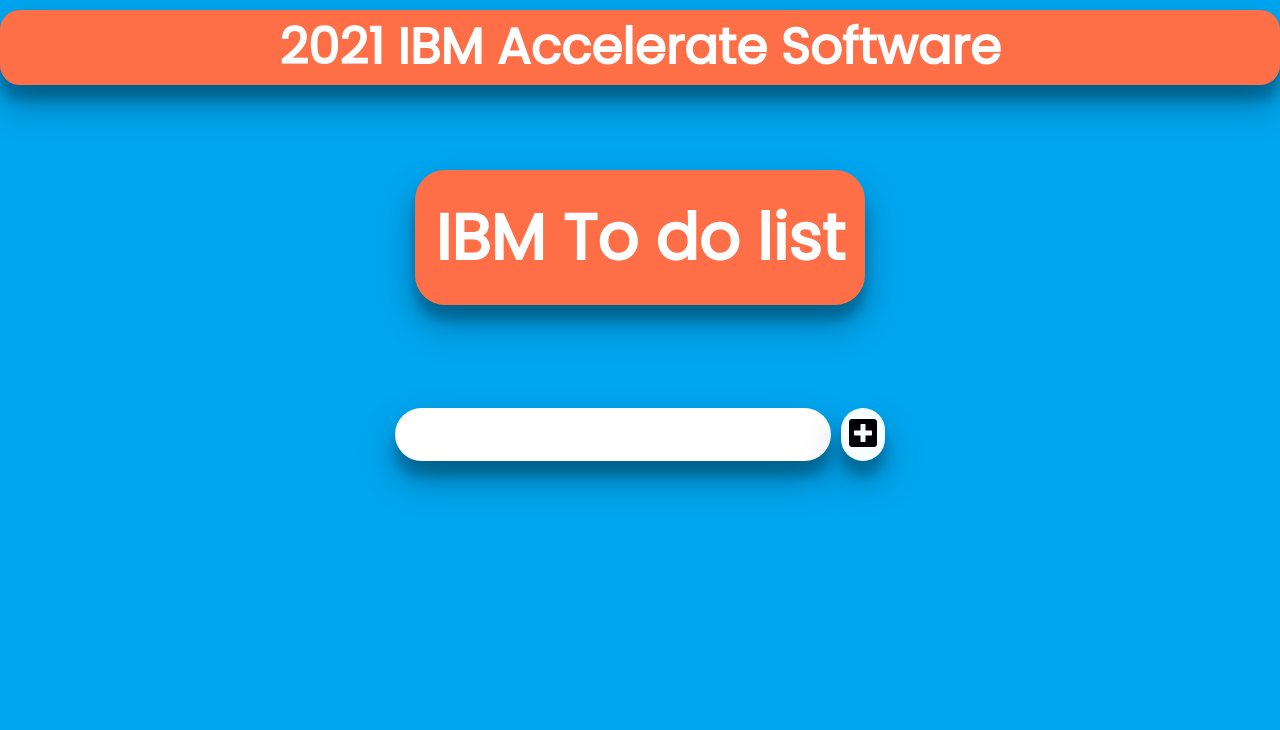
Repository: 2021-IBM-Accelerate-SW-Track/lab-1-team-34
Page: /
An editor plug-in stored every save of this project. The page is shown before and after the next save, followed by the edit.
The browser window is 1280 px wide. The pictures show the whole page.
Some web libraries are served in a nearby version. The project was rebuilt for these pictures with package versions that can differ from the ones it lists, and the page was loaded fresh each time. Also part of the build but not shown: src/components/Todo.js.

Above is the page before, as saved 2021-06-16 18:33:33.

After the next save:
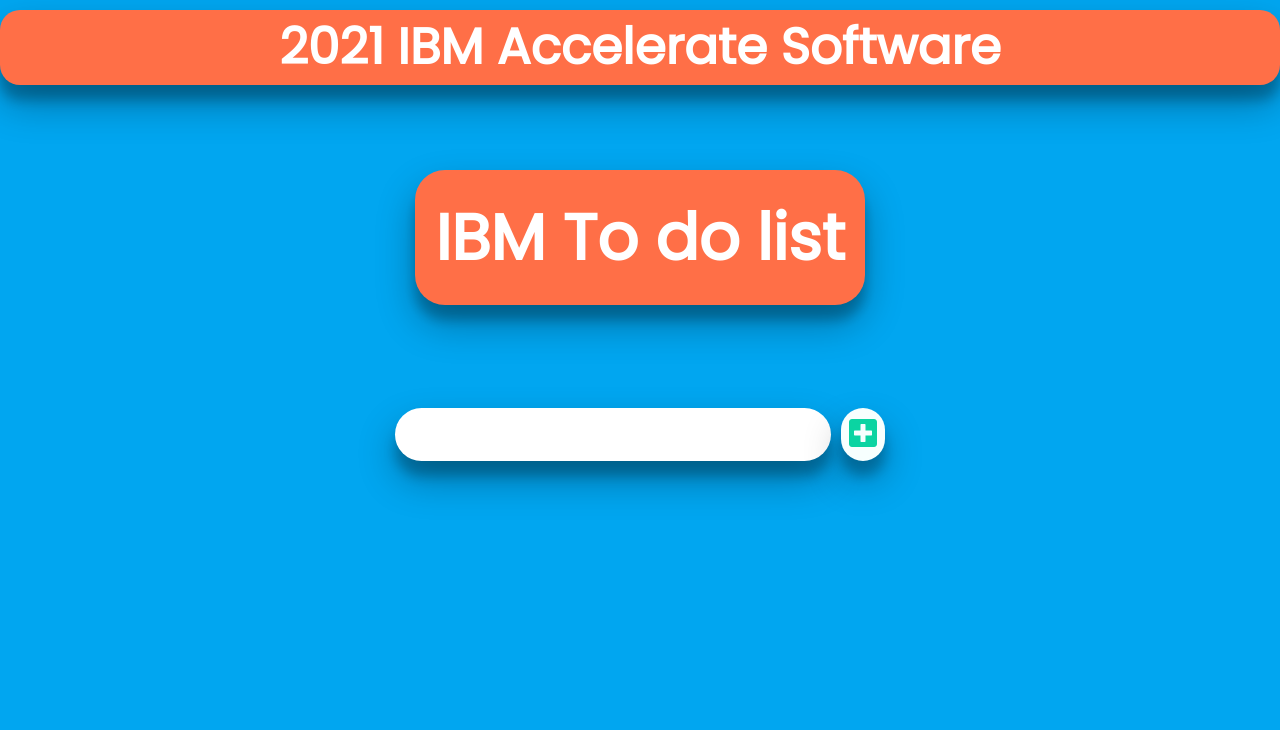
Saved 62 s later.
--- a/src/App.css
+++ b/src/App.css
@@ -56,7 +56,7 @@
   vertical-align: middle;
 }
 form button {
-  color: #000000;
+  color: rgb(11, 212, 162);
   background: #f7fffe;
   text-align: center;
   cursor: pointer;
